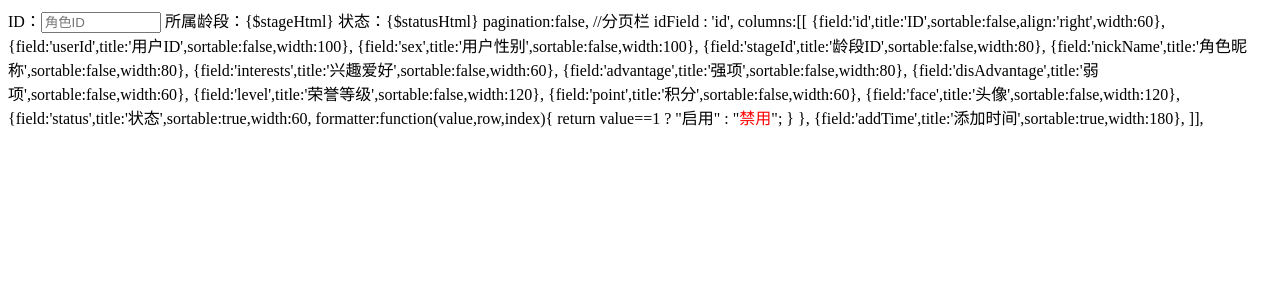
Repository: pridewu/hipi
Page: Education_dev_platform/branches/v1/Application/System/View/v1/Role/index.html
These files come from the project's save history. The page is drawn as it stood at one moment and after the next save; the edit follows.
The browser window is 1280 px wide. The pictures show the whole page.

Above is the page before, as saved 2014-12-05 10:25:42.

### Education_dev_platform/branches/v1/Application/System/View/v1/Role/index.html
<extend name="./base_list" />

<block name="search">
	ID：<input type="text" name="id" placeholder="角色ID" style="width: 120px"></input>
<!-- 	课程名称：<input type="text" name="name" placeholder="课程名称" style="width: 120px"></input>
	所属栏目：{$channelHtml} -->
	所属龄段：{$stageHtml}
<!-- 	出版商：{$pressHtml}
	课程类型：{$typeHtml}
	科目：{$subjectHtml}
	关键字：{$keysHtml}
	标签：{$tagsHtml} -->
	状态：{$statusHtml}
</block>

<block name="datagrid_img">
    <div id="datagrid_img" class="datagrid_img" style="display: none;">
    </div>
</block>
<block name="datagrid">
		pagination:false, //分页栏
		idField : 'id',
	    columns:[[
            {field:'id',title:'ID',sortable:false,align:'right',width:60},
            {field:'userId',title:'用户ID',sortable:false,width:100},
            {field:'sex',title:'用户性别',sortable:false,width:100},
            {field:'stageId',title:'龄段ID',sortable:false,width:80},
            {field:'nickName',title:'角色昵称',sortable:false,width:80},
            {field:'interests',title:'兴趣爱好',sortable:false,width:60},
            {field:'advantage',title:'强项',sortable:false,width:80},
            {field:'disAdvantage',title:'弱项',sortable:false,width:60},
            {field:'level',title:'荣誉等级',sortable:false,width:120},
            {field:'point',title:'积分',sortable:false,width:60},
            {field:'face',title:'头像',sortable:false,width:120},
			{field:'status',title:'状态',sortable:true,width:60,
            	formatter:function(value,row,index){
            		return value==1 ? "启用" : "<font color=red>禁用</font>";
            	}
            },
            {field:'addTime',title:'添加时间',sortable:true,width:180},
        ]],
</block>

After the next save:
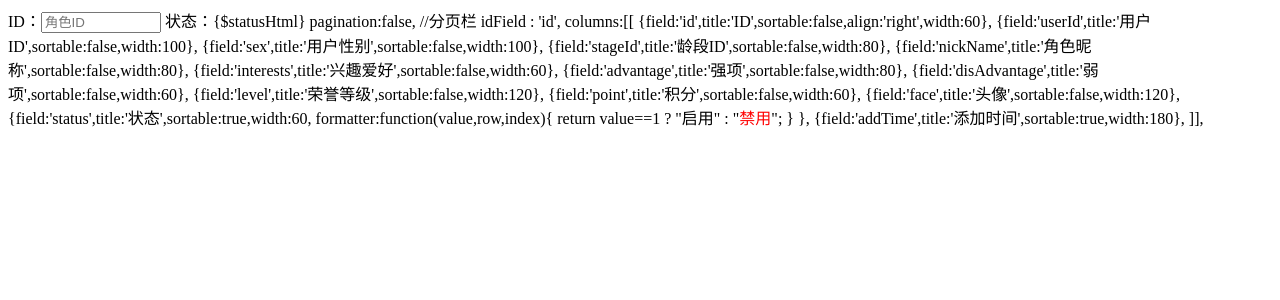
Saved 26 s later.
--- a/Education_dev_platform/branches/v1/Application/System/View/v1/Role/index.html
+++ b/Education_dev_platform/branches/v1/Application/System/View/v1/Role/index.html
@@ -3,9 +3,9 @@
 <block name="search">
 	ID：<input type="text" name="id" placeholder="角色ID" style="width: 120px"></input>
 <!-- 	课程名称：<input type="text" name="name" placeholder="课程名称" style="width: 120px"></input>
-	所属栏目：{$channelHtml} -->
+	所属栏目：{$channelHtml}
 	所属龄段：{$stageHtml}
-<!-- 	出版商：{$pressHtml}
+	出版商：{$pressHtml}
 	课程类型：{$typeHtml}
 	科目：{$subjectHtml}
 	关键字：{$keysHtml}
